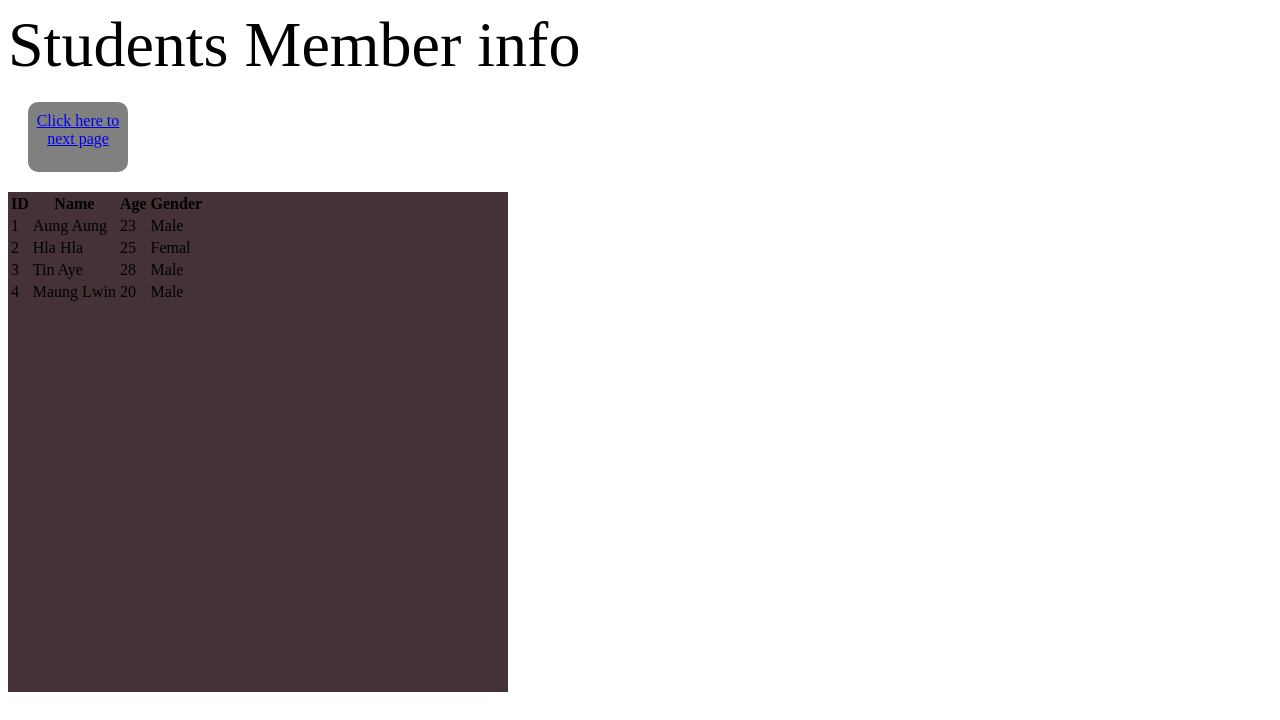
Repository: ThantLwinSoe/Servlet
Page: 01-Communication/src/main/webapp/index.html
The author's editor kept a copy of each file at every save. The page is drawn from the files as they stood at one save, then again after the next save.
The browser window is 1280 px wide. The pictures show the whole page.

Above is the page before, as saved 2023-02-07 02:46:32.

After the next save:
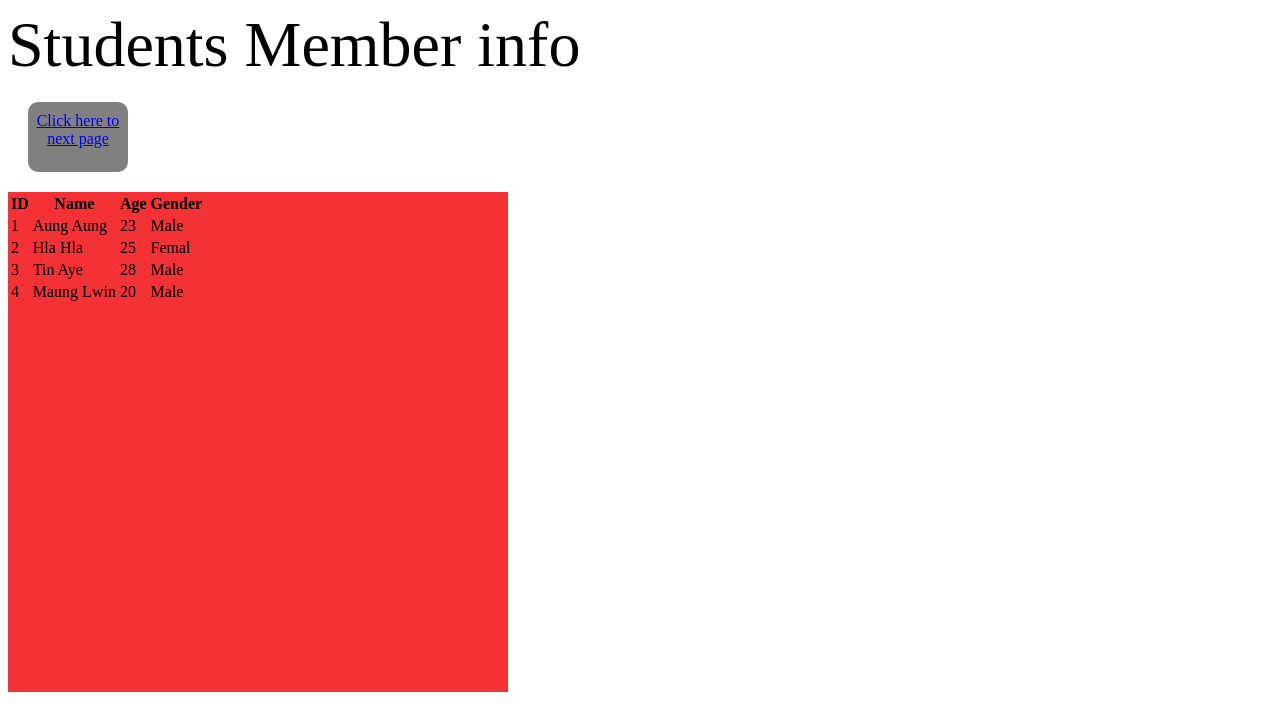
Saved 7 s later.
--- a/01-Communication/src/main/webapp/index.html
+++ b/01-Communication/src/main/webapp/index.html
@@ -20,7 +20,7 @@ h {
 	margin-top: 20px;
 	width: 500px;
 	height: 500px;
-	background: #443236;
+	background: #F43236;
 }
 </style>
 <title>Servlet Communication</title>
